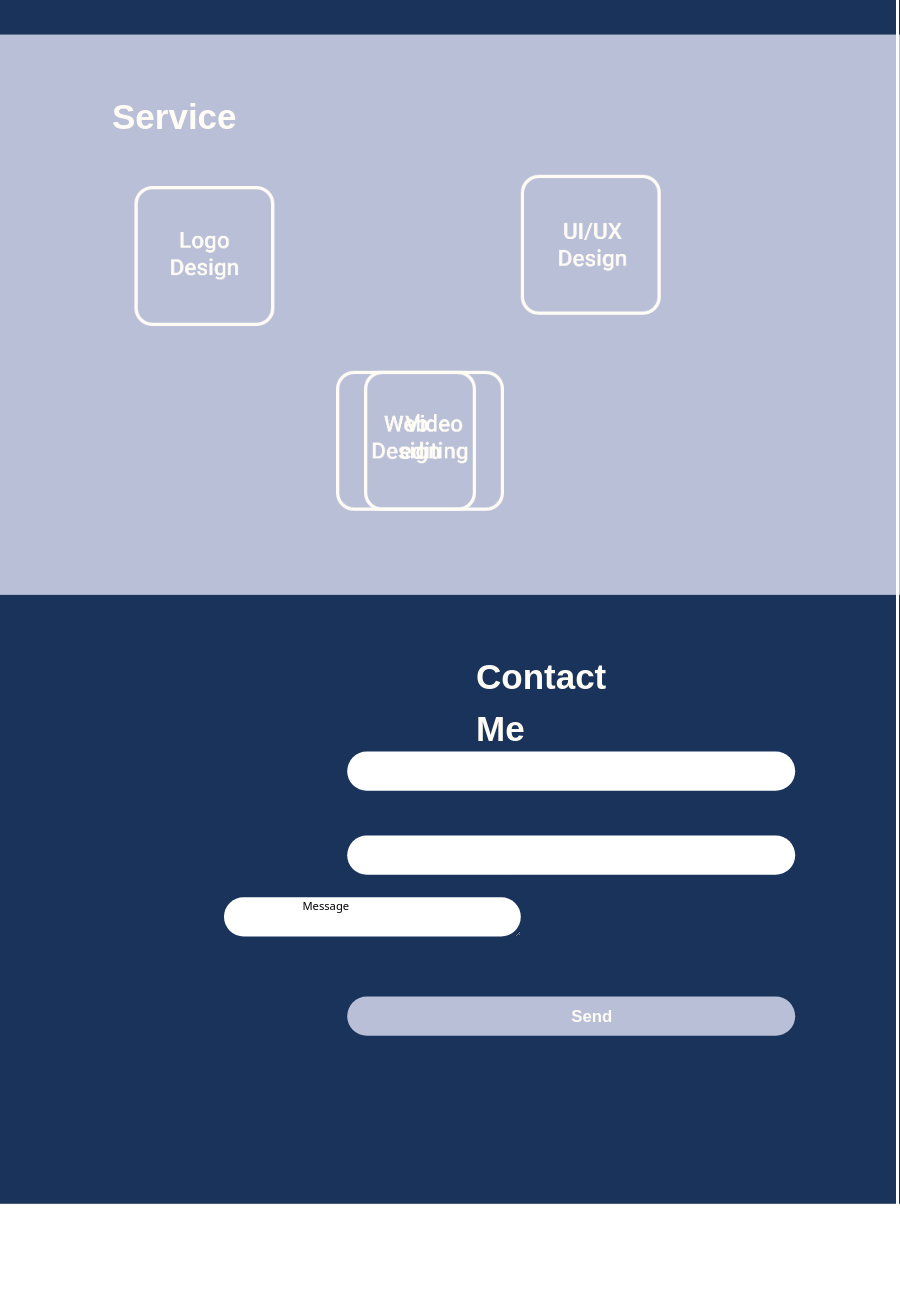
Repository: MEROO1010/my_portfolio
Page: /
These files come from the project's save history. The page is drawn as it stood at one moment and after the next save; the edit follows.
The browser window is 1280 px wide. The page is 1285 px wide, so the pictures cover 1285 px, including what lies to the right of the window. The pictures show the part of the page from y = 2134 to 4014 px (the page is 4014 px tall), at 70% of full size.
The project was rebuilt for these pictures with package versions that can differ from the ones it lists, and the page was loaded fresh each time. The framework's server and built-in components were replaced by stand-ins that run in the browser. Also part of the build but not shown: next.config.js.

Above is the page before, as saved 2023-04-09 23:59:34.

### pages/_app.tsx
import '../styles/globals.css'
import type { AppProps } from 'next/app'
import 'tailwindcss/tailwind.css'


function MyApp({ Component, pageProps }: AppProps) {
  return <Component {...pageProps} />
}

export default MyApp

### pages/index.tsx
import type { NextPage } from 'next'
import AboutMe from './components/AboutMe'
import ContactMe from './components/ContactMe'
import Experience from './components/Experience'
import HomePage from './components/HomePage'
import Services from './components/Services'

const Home: NextPage = () => {
  return (
    <div>
      <HomePage/>
      <AboutMe/>
      <Experience/>
      <Services/>
      <ContactMe/>
    </div>
  )
}

export default Home

### styles/globals.css
@tailwind base;
@tailwind components;
@tailwind utilities;
@import url('https://fonts.googleapis.com/css2?family=Raleway:ital,wght@0,400;0,500;0,600;0,700;1,500;1,600&display=swap')

### pages/components/AboutMe.tsx
import React from 'react'
import Image from 'next/image'


const AboutMe = () => {
  return (
    <div >


        <div className="  relative my-80 pt-80  top-40  ">
        <Image src="/assets/images/bg2.png" alt="laptop" width={1920} height={5106}/>
        </div>



        <div className=" text-[#FFFCF6] relative right-20 bottom-40     ">
            <div className=" absolute  mx-60 my-2 py-80 bottom-80  left-24
 ">
            <h1 className="  font-raleway font-bold  text-[50px]">About me</h1>
            <br/>
            </div>
            <div className="absolute  mx-24  bottom-40 left-24 ">
            <p className='font-raleway  font-medium   text-[50px]'>
            My name is Marwah Alsaggaf,<br/> and I'm software-developer <br/>
            and graphic designer. I <br/>
            graduated from Arab open <br/> university with a major in
             <br/> Information Technology and Computing
            </p>
            </div>
        </div>

    </div>
  )
}

export default AboutMe

### pages/components/ContactMe.tsx
import React from 'react'
import Form from './Form'


const ContactMe = () => {
  return (
    <div className=" relative py-80   bottom-40   bg-[#19335A]">
          <div className="h-100 ">
        <div>
          <h1 className= " absolute py-20 px-80 mx-10 top-0 left-80 font-raleway font-bold  text-[50px] text-[#FFFCF6]">Contact Me</h1>
       </div>
        <Form/>
        </div>
    </div>
  )
}

export default ContactMe

### pages/components/Experience.tsx
import React from "react";
import Image from "next/image";
import { motion } from "framer-motion";

const Experience = () => {
  return (
    <div className="relative py-0 bottom-40" >
      <div className="bg-[#19335A]">
        <div className="absolute px-80 py-20 mx-80 left-20  ">
          <h1 className="text-[#FFFCF6] text-[46px]  font-raleway font-bold ">
            Experience
          </h1>
        </div>
        <motion.div
          className="relative mx-80 px-60 top-80  left-80"
          whileHover={{ scale: 1.2, rotate: 360 }}
          whileTap={{
            scale: 0.8,
            rotate: -360,
            borderRadius: "100%",
          }}
        >
          <Image
            src="/assets/images/programming-languges.png"
            alt="laptop"
            width={542}
            height={542}
          />
        </motion.div>
        <div></div>

        <motion.div className="relative mx-10   px-20  bottom-48  left-8"
        whileHover={{ scale: 1.2, rotate: 360 }}
        whileTap={{
          scale: 0.8,
          rotate: -360,
          borderRadius: "100%",
        }}
        >
          <Image
            src="/assets/images/software.png"
            alt="laptop"
            width={542}
            height={542}
          />
        </motion.div>
      </div>
    </div>
  );
};

export default Experience;

### pages/components/HomePage.tsx
import React from 'react'
import Image from 'next/image'


const HomePage = () => {
  return (
    <div className='bg-slate-700'>
        <Image src="/header.png" alt="Header" width={2000} height={0}/>

        <div className='mx-16 my-0 top-4  absolute	  '>
        <Image src="/my_logo_white.png" alt="My Logo" width={54} height={0}/>
        </div>

        <div>
          <ul className=' relative   float-right flex flex-col  px-8 mx-40 right-28   bottom-16   space-x-16 md:flex-row text-[#FFFCF6] text-[28px] font-raleway'>
            <li>Home</li>
            <li>About Me</li>
            <li>Skills</li>
            <li>My Work</li>
            <li>Contact Me</li>
          </ul>
        </div>


       <div className=' absolute   '>
       <Image src="/assets/images/MainPage.png" alt="main image" width={1920} height={912}/>
        {/*add About Me button*/}
       <div className='absolute px-28 my-80 mx-60 left-80 top-32 '>
       <button className='bg-[#19335A] rounded-3xl w-60 h-10  text-[20px] text-[#B8BFD6] font-raleway font-semibold shadow-xl' >About me</button>
       </div>

        {/*add my others accounts list*/}

        <div>
          <ul className=' absolute   float-right flex flex-col top-80 py-60 px-40 mx-80 left-40   space-x-8 md:flex-row '>
            <li><a href='https://github.com/MEROO1010'><Image src="/assets/images/github.png" alt="main image" width={54} height={54}/></a></li>
            <li><a href='https://www.instagram.com/meroo_alsaggaf/'><Image src="/assets/images/instagram.png" alt="main image" width={64} height={53}/></a></li>
            <li><a href='https://www.behance.net/merooalsaggaf'><Image src="/assets/images/behance.png" alt="main image" width={54} height={54}/></a></li>
            <li><a href='https://www.linkedin.com/in/marwah-alsaggaf-ba44011b2/'><Image src="/assets/images/linkedIn.png" alt="main image" width={54} height={54}/></a></li>
          </ul>
        </div>
       </div>






    </div>
  )
}

export default HomePage

### pages/components/Services.tsx
import React from 'react'
import Square from './Square'
const Services = () => {
  return (
    <div className= " relative py-80  bottom-40   bg-[#B8BFD6]">
        <div className="h-40 ">
        <div>
          <h1 className= " absolute py-20 px-40 top-0 font-raleway font-bold  text-[50px] text-[#FFFCF6]">Service</h1>
       </div>
       <Square/>
        </div>
    </div>
  )
}

export default Services

### pages/components/Form.tsx
import React from 'react'

const Form = () => {
  return (
    <div>
        <input type="text" placeholder='Your Name' className=" relative  px-80 mx-80 bottom-24 left-44 h-14 w-0 rounded-full"/><br/>
        <input type="text" className=" relative  px-80 mx-80 bottom-8 left-44 h-14 w-0 rounded-full"/><br/>
        <textarea  className=" relative px-28  left-80  w-200 h-14 rounded-full">Message</textarea>
        <button type="submit" className="relative px-80 mx-80 top-20 left-44 h-14 w-10 font-raleway text-[24px] font-semibold text-[#FFFCF6]  bg-[#B8BFD6] rounded-full">Send</button>

    </div>
  )
}

export default Form

### pages/components/Square.tsx
import React from 'react'
import Image from 'next/image'

const Square = () => {
  return (
    <div>
      {/*logo design*/}
       <div className="absolute py-40 mx-40 my-18 left-8 top-14 ">
       <Image src="/assets/images/logodesign.png" alt="laptop" width={200} height={200}/>
       </div>

        {/*programming*/}
       <div className="absolute py-60 px-40 mx-80 my-18 right-80 bottom-40 ">
       <Image src="/assets/images/programming.png" alt="laptop" width={200} height={200}/>
       </div>

       {/*ui-ux design*/}
       <div className="absolute py-60 mx-80 my-18 right-4 bottom-40 ">
       <Image src="/assets/images/uiux.png" alt="laptop" width={200} height={200}/>
       </div>

       {/*web design*/}
       <div className="absolute  mx-40 my-40 left-80 top-50 ">
       <Image src="/assets/images/webdesign.png" alt="laptop" width={200} height={200}/>
       </div>

       {/*video editing*/}
       <div className="absolute px-80 mx-20 my-40 right-40 top-50 ">
       <Image src="/assets/images/videoediting.png" alt="laptop" width={200} height={200}/>
       </div>
    </div>
  )
}

export default Square

### tailwind.config.js
/** @type {import('tailwindcss').Config} */
module.exports = {
   purge: ['./pages/**/*.{js,ts,jsx,tsx}', './components/**/*.{js,ts,jsx,tsx}'],
  content: [
    './pages/**/*.{js,ts,jsx,tsx}',
    './components/**/*.{js,ts,jsx,tsx}',
    './app/**/*.{js,ts,jsx,tsx}',
  ],
  theme: {
    extend:
    {
      fontFamily: {
        'raleway': ['Raleway', 'sans-serif']
      },
    },
  },
  plugins: [],
}

After the next save:
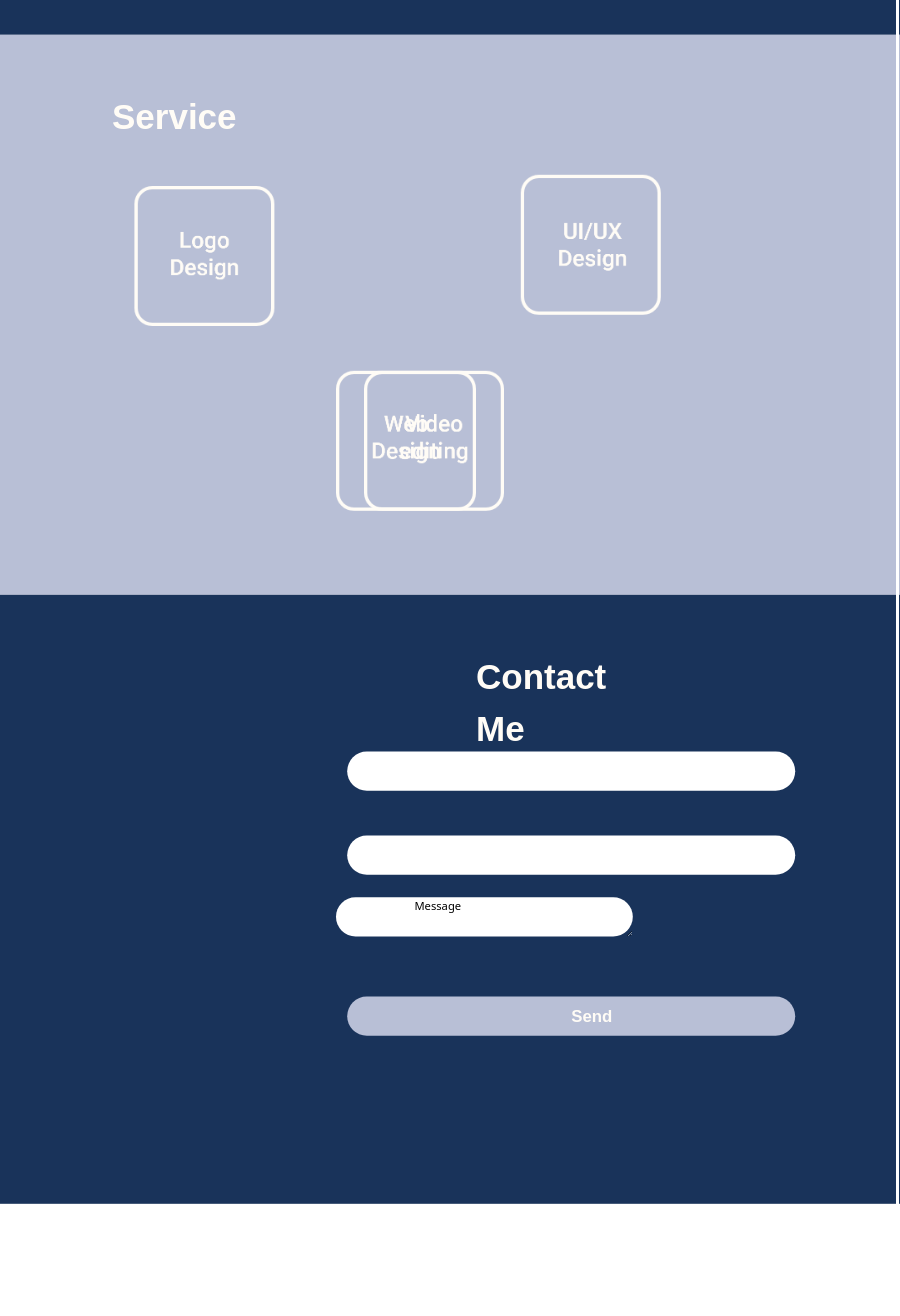
Saved 6 s later.
--- a/pages/components/Form.tsx
+++ b/pages/components/Form.tsx
@@ -5,7 +5,7 @@ const Form = () => {
     <div>
         <input type="text" placeholder='Your Name' className=" relative  px-80 mx-80 bottom-24 left-44 h-14 w-0 rounded-full"/><br/>
         <input type="text" className=" relative  px-80 mx-80 bottom-8 left-44 h-14 w-0 rounded-full"/><br/>
-        <textarea  className=" relative px-28  left-80  w-200 h-14 rounded-full">Message</textarea>
+        <textarea  className=" relative px-28 mx-40  left-80  w-200 h-14 rounded-full">Message</textarea>
         <button type="submit" className="relative px-80 mx-80 top-20 left-44 h-14 w-10 font-raleway text-[24px] font-semibold text-[#FFFCF6]  bg-[#B8BFD6] rounded-full">Send</button>
 
     </div>
